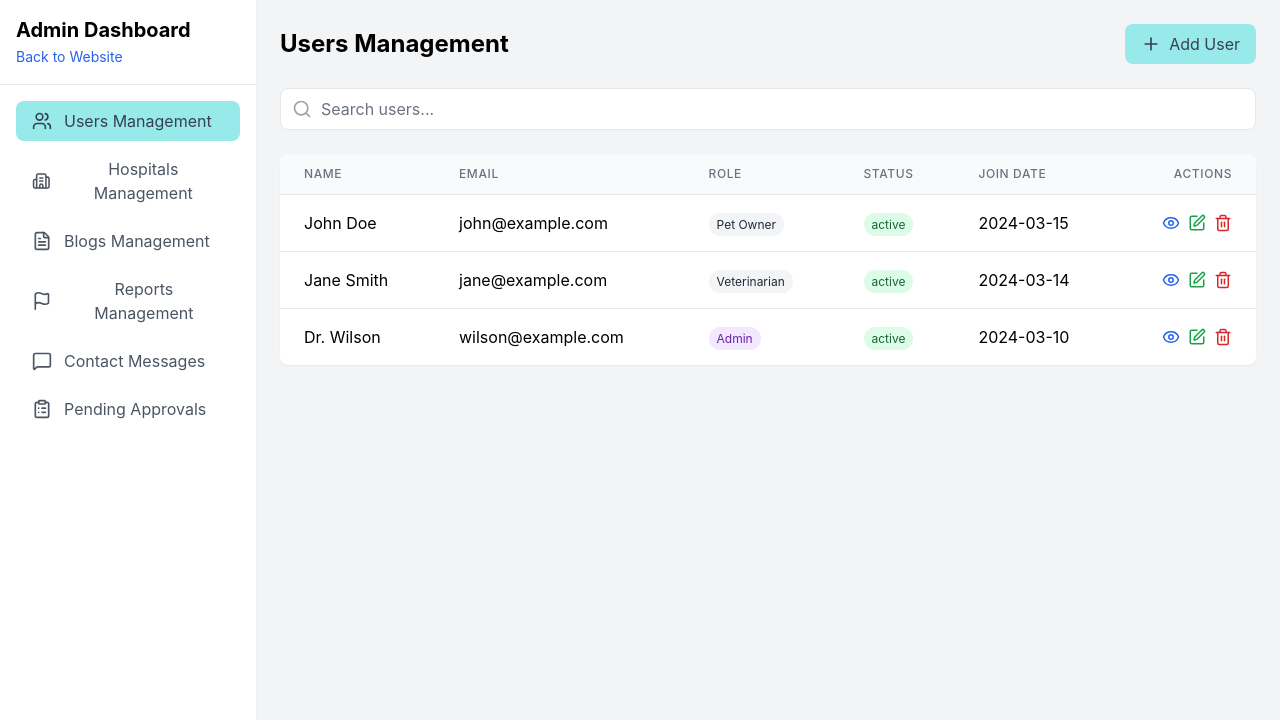
Repository: ZSayless/MyPetDoc
Page: /admin
These files come from the project's save history. The page is drawn as it stood at one moment and after the next save; the edit follows.
The browser window is 1280 px wide. The pictures show the whole page.
The project was rebuilt for these pictures with package versions that can differ from the ones it lists, and the page was loaded fresh each time. Also part of the build but not shown: vite.config.js, src/core/ButtonLink.js, src/components/register/SelectRoleModal.js, src/services/authService.js, src/components/register/Register.js, src/core/Overlay.js, src/components/login/Login.js, src/components/layout/Header.js and 40 more.

Above is the page before, as saved 2025-01-15 22:31:45.

### src/index.js
import React from "react";
import ReactDOM from "react-dom/client";
import "./index.css";
import App from "./App";
import { BrowserRouter } from "react-router-dom";
import { Provider } from "react-redux";
import { store } from "./redux/store";

const root = ReactDOM.createRoot(document.getElementById("root"));
root.render(
  <React.StrictMode>
    <BrowserRouter>
      <Provider store={store}>
        <App />
      </Provider>
    </BrowserRouter>
  </React.StrictMode>
);

### src/index.css
@tailwind base;
@tailwind components;
@tailwind utilities;

/* Custom styles for form inputs */
[type="text"],
[type="email"],
[type="password"] {
  @apply border-gray-300 focus:border-blue-500 focus:ring-blue-500 rounded-md shadow-sm;
}

body {
  margin: 0;
  font-family: -apple-system, BlinkMacSystemFont, "Segoe UI", "Roboto", "Oxygen",
    "Ubuntu", "Cantarell", "Fira Sans", "Droid Sans", "Helvetica Neue",
    sans-serif;
  -webkit-font-smoothing: antialiased;
  -moz-osx-font-smoothing: grayscale;
}

code {
  font-family: source-code-pro, Menlo, Monaco, Consolas, "Courier New",
    monospace;
}

### src/redux/store.js
import { configureStore } from "@reduxjs/toolkit";
import communityReducer from "./slices/communitySlice";
import adminReducer from "./slices/adminSlice";

export const store = configureStore({
  reducer: {
    community: communityReducer,
    admin: adminReducer,
  },
});

### src/assets/css/style.css
@tailwind base;
@tailwind components;
@tailwind utilities;

body {
  margin: 0px;
  padding: 0px;
}

html {
  font-family: "Helvetica Neue", Helvetica, Arial, sans-serif;
}

/* Footer Styles */
footer {
  background-color: #1a1a1a !important;
}

.footer-logo {
  height: 40px;
  width: auto;
}

footer .social-icons a {
  color: #fff;
  background: rgba(255, 255, 255, 0.1);
  width: 35px;
  height: 35px;
  display: inline-flex;
  align-items: center;
  justify-content: center;
  border-radius: 50%;
  transition: all 0.3s ease;
}

footer .social-icons a:hover {
  background: #6f42c1;
  transform: translateY(-3px);
}

footer .subscribe-form input {
  border: 1px solid rgba(255, 255, 255, 0.1);
  padding: 10px 15px;
}

footer .subscribe-form input:focus {
  box-shadow: none;
  border-color: #6f42c1;
}

footer .subscribe-form button {
  background: #6f42c1;
  border: none;
  padding: 10px 25px;
  width: 100%;
}

footer .subscribe-form button:hover {
  background: #5a32a3;
}

footer a.text-secondary:hover {
  color: #6f42c1 !important;
}

.hero-section {
  background-image: url("https://bizmap.dexignzone.com/react/demo/static/media/slide1.472de18a.jpg");
  background-size: cover;
  background-position: center;
  background-repeat: no-repeat;
}

.shadownHomeActive {
  color: #fff;
  box-shadow: 0 0 0 3px hsla(0, 0%, 100%, 0.2);
  background-color: rgb(147 51 234 / var(--tw-bg-opacity, 1));
}
.shadownHome:hover {
  border: none;
  box-shadow: 0 0 0 3px hsla(0, 0%, 100%, 0.2);
}
.btn__contact {
  background: hsla(0, 0%, 100%, 0.2);
  border: 1px solid hsla(0, 0%, 100%, 0.2);
}

.contact__card {
  border: 1px solid #e1e6eb;
  border-radius: 4px;
  box-shadow: 0 4px 6px 0 rgba(0, 0, 0, 0.05);
}
.contact__icon {
  box-shadow: 0 0 0 5px rgba(70, 17, 167, 0.1),
    0 0 0 10px rgba(70, 17, 167, 0.1);
}
.contact__form input {
  box-shadow: 0 4px 6px 0 rgba(0, 0, 0, 0.05);
}

.swiper-button-next::after,
.swiper-button-prev::after {
  display: none;
}

.swiper-button-disabled {
  opacity: 0.5;
  cursor: not-allowed;
}

.instagram__img:hover {
  opacity: 0.7;
  transition: all 0.5s;
  -webkit-transition: all 0.5s;
}
.border__category {
  border-bottom: 1px dashed #ecebf5;
}

### src/pages/admin/AdminDashboard.js
import { useState } from "react";
import AdminSidebar from "./AdminSidebar";
import UsersManagement from "./tabs/UsersManagement";
import HospitalsManagement from "./tabs/HospitalsManagement";
import BlogsManagement from "./tabs/BlogsManagement";
import ReportsManagement from "./tabs/ReportsManagement";
import ContactMessages from "./tabs/ContactMessages";
import PendingApprovals from "./tabs/PendingApprovals";

function AdminDashboard() {
  const [activeTab, setActiveTab] = useState("users");

  const renderTab = () => {
    switch (activeTab) {
      case "users":
        return <UsersManagement />;
      case "hospitals":
        return <HospitalsManagement />;
      case "blogs":
        return <BlogsManagement />;
      case "reports":
        return <ReportsManagement />;
      case "messages":
        return <ContactMessages />;
      case "pending":
        return <PendingApprovals />;
      default:
        return <UsersManagement />;
    }
  };

  return (
    <div className="flex h-screen bg-gray-100">
      <AdminSidebar activeTab={activeTab} setActiveTab={setActiveTab} />
      <main className="flex-1 overflow-auto">{renderTab()}</main>
    </div>
  );
}

export default AdminDashboard;

### src/context/AuthContext.js
import React, { createContext, useContext, useState } from "react";

const AuthContext = createContext();

export function AuthProvider({ children }) {
  const [isAuthenticated, setIsAuthenticated] = useState(() => {
    const saved = localStorage.getItem("isAuthenticated");
    return saved === "true";
  });
  const [user, setUser] = useState(() => {
    const saved = localStorage.getItem("user");
    return saved ? JSON.parse(saved) : null;
  });

  const login = (userData) => {
    setIsAuthenticated(true);
    setUser(userData);
    localStorage.setItem("isAuthenticated", "true");
    localStorage.setItem("user", JSON.stringify(userData));
  };

  const logout = () => {
    setIsAuthenticated(false);
    setUser(null);
    localStorage.removeItem("isAuthenticated");
    localStorage.removeItem("user");
  };

  return (
    <AuthContext.Provider value={{ isAuthenticated, user, login, logout }}>
      {children}
    </AuthContext.Provider>
  );
}

export function useAuth() {
  const context = useContext(AuthContext);
  if (!context) {
    throw new Error("useAuth must be used within an AuthProvider");
  }
  return context;
}

### src/redux/slices/communitySlice.js
import { createSlice, createAsyncThunk } from "@reduxjs/toolkit";
import { communityService } from "../../services/communityService";

// Async thunks
export const fetchPosts = createAsyncThunk(
  "community/fetchPosts",
  async ({ page, limit }) => {
    const response = await communityService.getPosts(page, limit);
    return response.data;
  }
);

export const createPost = createAsyncThunk(
  "community/createPost",
  async (postData) => {
    const response = await communityService.createPost(postData);
    return response.data;
  }
);

// ... thêm các thunks khác

const communitySlice = createSlice({
  name: "community",
  initialState: {
    posts: [],
    currentPost: null,
    loading: false,
    error: null,
    page: 1,
    hasMore: true,
  },
  reducers: {
    setCurrentPost: (state, action) => {
      state.currentPost = action.payload;
    },
    clearError: (state) => {
      state.error = null;
    },
  },
  extraReducers: (builder) => {
    builder
      .addCase(fetchPosts.pending, (state) => {
        state.loading = true;
      })
      .addCase(fetchPosts.fulfilled, (state, action) => {
        state.loading = false;
        state.posts = action.payload.data;
        state.hasMore = action.payload.hasMore;
      })
      .addCase(fetchPosts.rejected, (state, action) => {
        state.loading = false;
        state.error = action.error.message;
      });
    // ... thêm các cases khác
  },
});

export const { setCurrentPost, clearError } = communitySlice.actions;
export default communitySlice.reducer;

### src/redux/slices/adminSlice.js
import { createSlice } from "@reduxjs/toolkit";
import {
  mockUsers,
  mockHospitals,
  mockBlogs,
  mockReports,
  mockMessages,
  mockPendingApprovals,
} from "../../data/mockData";

const initialState = {
  users: mockUsers || [],
  hospitals: mockHospitals || [],
  blogs: mockBlogs || [],
  reports: mockReports || [],
  messages: mockMessages || [],
  pendingApprovals:
    [
      {
        id: 1,
        type: "hospital_registration",
        name: "Pet Care Center",
        email: "petcare@example.com",
        status: "pending",
        submittedAt: "2024-03-15",
        details: {
          address: "123 Main St",
          phone: "0123456789",
          services: ["Vaccination", "Surgery", "Grooming"],
          workingHours: {
            weekdays: "8:00 AM - 8:00 PM",
            weekends: "9:00 AM - 6:00 PM",
          },
          images: ["url1", "url2", "url3"],
        },
      },
      // ... other pending approvals
    ] || [],
  loading: false,
  error: null,
};

const adminSlice = createSlice({
  name: "admin",
  initialState,
  reducers: {
    // Users
    addUser: (state, action) => {
      state.users.push(action.payload);
    },
    deleteUser: (state, action) => {
      state.users = state.users.filter((user) => user.id !== action.payload);
    },
    updateUserStatus: (state, action) => {
      const user = state.users.find((u) => u.id === action.payload.userId);
      if (user) {
        user.status = action.payload.status;
      }
    },

    // Hospitals
    approveHospital: (state, action) => {
      const hospital = state.hospitals.find((h) => h.id === action.payload);
      if (hospital) {
        hospital.status = "approved";
      }
    },
    rejectHospital: (state, action) => {
      const hospital = state.hospitals.find((h) => h.id === action.payload);
      if (hospital) {
        hospital.status = "rejected";
      }
    },
    deleteHospital: (state, action) => {
      state.hospitals = state.hospitals.filter((h) => h.id !== action.payload);
    },

    // Blogs
    deleteBlog: (state, action) => {
      state.blogs = state.blogs.filter((blog) => blog.id !== action.payload);
    },
    updateBlogStatus: (state, action) => {
      const blog = state.blogs.find((b) => b.id === action.payload.blogId);
      if (blog) {
        blog.status = action.payload.status;
      }
    },

    // Reports
    resolveReport: (state, action) => {
      const report = state.reports.find((r) => r.id === action.payload);
      if (report) {
        report.status = "resolved";
      }
    },
    dismissReport: (state, action) => {
      const report = state.reports.find((r) => r.id === action.payload);
      if (report) {
        report.status = "dismissed";
      }
    },

    // Messages
    deleteMessage: (state, action) => {
      state.messages = state.messages.filter((m) => m.id !== action.payload);
    },
    markMessageAsRead: (state, action) => {
      const message = state.messages.find((m) => m.id === action.payload);
      if (message) {
        message.status = "read";
      }
    },

    // Pending Approvals
    approvePending: (state, action) => {
      const item = state.pendingApprovals.find((i) => i.id === action.payload);
      if (item) {
        item.status = "approved";
      }
    },
    rejectPending: (state, action) => {
      const item = state.pendingApprovals.find((i) => i.id === action.payload);
      if (item) {
        item.status = "rejected";
      }
    },
    deletePending: (state, action) => {
      state.pendingApprovals = state.pendingApprovals.filter(
        (item) => item.id !== action.payload
      );
    },
  },
});

export const {
  addUser,
  deleteUser,
  updateUserStatus,
  approveHospital,
  rejectHospital,
  deleteHospital,
  deleteBlog,
  updateBlogStatus,
  resolveReport,
  dismissReport,
  deleteMessage,
  markMessageAsRead,
  approvePending,
  rejectPending,
  deletePending,
} = adminSlice.actions;

export default adminSlice.reducer;

### src/pages/admin/AdminSidebar.js
import { Link } from "react-router-dom";
import {
  Users,
  Building2,
  FileText,
  Flag,
  MessageSquare,
  ClipboardList,
} from "lucide-react";

function AdminSidebar({ activeTab, setActiveTab }) {
  const tabs = [
    { id: "users", name: "Users Management", icon: Users },
    { id: "hospitals", name: "Hospitals Management", icon: Building2 },
    { id: "blogs", name: "Blogs Management", icon: FileText },
    { id: "reports", name: "Reports Management", icon: Flag },
    { id: "messages", name: "Contact Messages", icon: MessageSquare },
    { id: "pending", name: "Pending Approvals", icon: ClipboardList },
  ];

  return (
    <div className="w-64 bg-white shadow-sm">
      {/* Header */}
      <div className="p-4 border-b">
        <h1 className="text-xl font-bold">Admin Dashboard</h1>
        <Link to="/" className="text-sm text-blue-600 hover:text-blue-800">
          Back to Website
        </Link>
      </div>

      {/* Navigation */}
      <nav className="p-4">
        <ul className="space-y-2">
          {tabs.map((tab) => {
            const Icon = tab.icon;
            return (
              <li key={tab.id}>
                <button
                  onClick={() => setActiveTab(tab.id)}
                  className={`w-full flex items-center gap-3 px-4 py-2 rounded-lg transition-colors ${
                    activeTab === tab.id
                      ? "bg-[#98E9E9] text-gray-700"
                      : "text-gray-600 hover:bg-gray-50"
                  }`}
                >
                  <Icon size={20} />
                  <span>{tab.name}</span>
                </button>
              </li>
            );
          })}
        </ul>
      </nav>
    </div>
  );
}

export default AdminSidebar;

### src/services/communityService.js
import axios from "axios";

const BASE_URL = process.env.REACT_APP_API_URL;

export const communityService = {
  // Posts
  getPosts: (page = 1, limit = 10) =>
    axios.get(`${BASE_URL}/posts?page=${page}&limit=${limit}`),

  getPostById: (postId) => axios.get(`${BASE_URL}/posts/${postId}`),

  createPost: (data) => axios.post(`${BASE_URL}/posts`, data),

  updatePost: (postId, data) => axios.put(`${BASE_URL}/posts/${postId}`, data),

  deletePost: (postId) => axios.delete(`${BASE_URL}/posts/${postId}`),

  // Comments
  getComments: (postId) => axios.get(`${BASE_URL}/posts/${postId}/comments`),

  addComment: (postId, data) =>
    axios.post(`${BASE_URL}/posts/${postId}/comments`, data),

  deleteComment: (commentId) =>
    axios.delete(`${BASE_URL}/comments/${commentId}`),

  // Likes
  likePost: (postId) => axios.post(`${BASE_URL}/posts/${postId}/like`),

  unlikePost: (postId) => axios.delete(`${BASE_URL}/posts/${postId}/like`),

  // Reports
  reportPost: (postId, reason) =>
    axios.post(`${BASE_URL}/posts/${postId}/report`, { reason }),
};

### src/data/mockData.js
export const mockUsers = [
  {
    id: 1,
    name: "John Doe",
    email: "john@example.com",
    role: "Pet Owner",
    status: "active",
    joinDate: "2024-03-15",
  },
  {
    id: 2,
    name: "Jane Smith",
    email: "jane@example.com",
    role: "Veterinarian",
    status: "active",
    joinDate: "2024-03-14",
  },
  {
    id: 3,
    name: "Dr. Wilson",
    email: "wilson@example.com",
    role: "Admin",
    status: "active",
    joinDate: "2024-03-10",
  },
];

export const mockHospitals = [
  {
    id: 1,
    name: "Pet Care Center",
    address: "123 Main St",
    phone: "0123456789",
    email: "petcare@example.com",
    status: "pending",
    rating: 4.5,
    joinDate: "2024-03-15",
  },
  {
    id: 2,
    name: "Animal Hospital",
    address: "456 Oak St",
    phone: "0987654321",
    email: "animalhospital@example.com",
    status: "approved",
    rating: 4.8,
    joinDate: "2024-03-10",
  },
];

export const mockBlogs = [
  {
    id: 1,
    title: "Essential Pet Vaccinations Guide",
    author: "Dr. John Smith",
    category: "Pet Health",
    content: "Detailed guide about pet vaccinations...",
    status: "published",
    views: 1234,
    publishDate: "2024-03-15",
  },
  {
    id: 2,
    title: "Common Pet Behavior Issues",
    author: "Dr. Sarah Johnson",
    category: "Pet Behavior",
    content: "Understanding pet behavior problems...",
    status: "draft",
    views: 0,
    publishDate: "-",
  },
];

export const mockReports = [
  {
    id: 1,
    type: "comment",
    content: "Inappropriate comment on blog post",
    reportedItem: "Comment on 'Pet Nutrition Guide'",
    reportedBy: "John Doe",
    reportedAt: "2024-03-15",
    status: "pending",
  },
  {
    id: 2,
    type: "review",
    content: "False review information",
    reportedItem: "Review for PetCare Hospital",
    reportedBy: "Jane Smith",
    reportedAt: "2024-03-14",
    status: "resolved",
  },
];

export const mockMessages = [
  {
    id: 1,
    name: "John Doe",
    email: "john@example.com",
    subject: "Question about services",
    message: "I have a question about your pet vaccination services...",
    status: "unread",
    createdAt: "2024-03-15",
  },
  {
    id: 2,
    name: "Jane Smith",
    email: "jane@example.com",
    subject: "Feedback",
    message: "I wanted to share my experience...",
    status: "read",
    createdAt: "2024-03-14",
  },
];

export const mockPendingApprovals = [
  {
    id: 1,
    type: "hospital",
    name: "Pet Care Center",
    email: "petcare@example.com",
    status: "pending",
    submittedAt: "2024-03-15",
    details: {
      address: "123 Main St",
      phone: "0123456789",
      license: "LICENSE123",
      services: ["Vaccination", "Surgery", "Grooming"],
    },
  },
  {
    id: 2,
    type: "veterinarian",
    name: "Dr. Sarah Wilson",
    email: "sarah.wilson@example.com",
    status: "pending",
    submittedAt: "2024-03-14",
    details: {
      license: "VET456",
      specialization: "Small Animals",
      experience: "5 years",
      certifications: ["ACVS", "ACVIM"],
    },
  },
];

### tailwind.config.js
/** @type {import('tailwindcss').Config} */
module.exports = {
  content: ["./src/**/*.{js,jsx,ts,tsx}"],
  theme: {
    extend: {},
  },
  plugins: [require("@tailwindcss/forms"), require("@tailwindcss/typography")],
};

Loaded but not shown: public/index.html (common file); src/components/common/ScrollToTop.js (common file); src/pages/admin/tabs/UsersManagement.js (359 lines, source omitted); src/App.js (239 lines, source omitted); src/components/blog/BlogDetail.js (empty); src/components/community/CommunityList.js (empty)

After the next save:
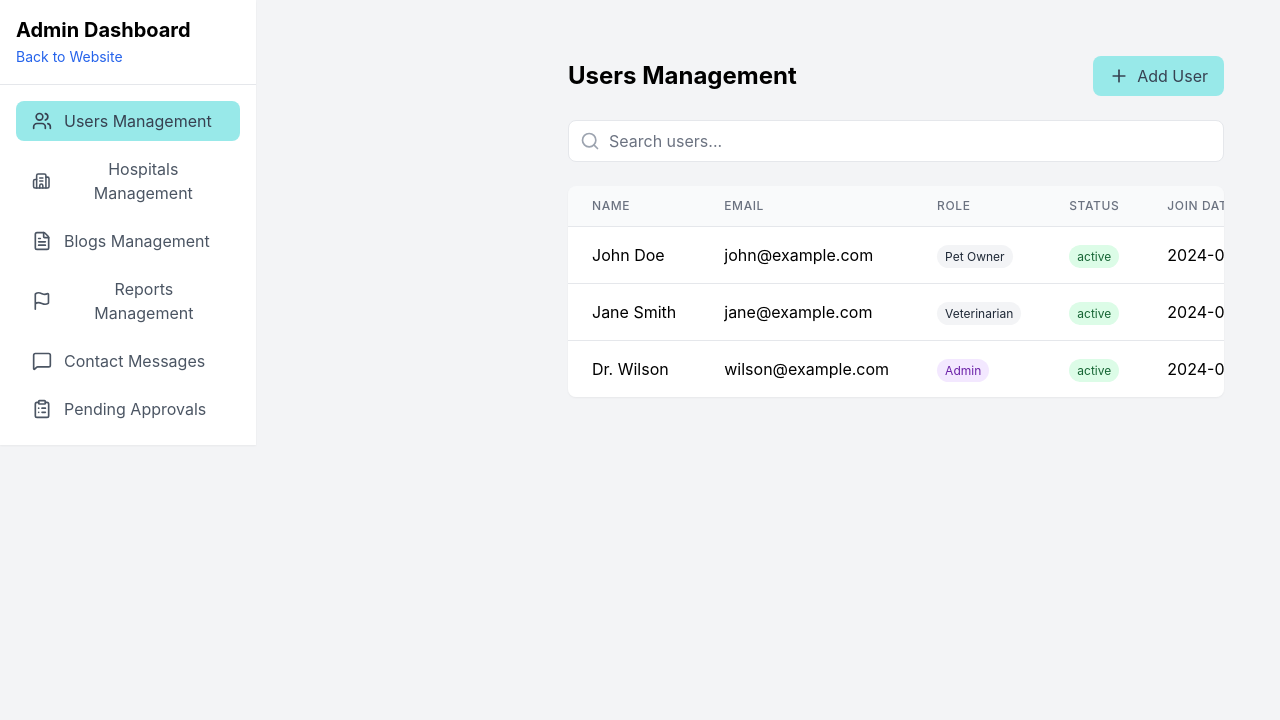
Saved 70 s later.
--- a/src/pages/admin/AdminDashboard.js
+++ b/src/pages/admin/AdminDashboard.js
@@ -6,9 +6,11 @@ import BlogsManagement from "./tabs/BlogsManagement";
 import ReportsManagement from "./tabs/ReportsManagement";
 import ContactMessages from "./tabs/ContactMessages";
 import PendingApprovals from "./tabs/PendingApprovals";
+import { Menu } from "lucide-react";
 
 function AdminDashboard() {
   const [activeTab, setActiveTab] = useState("users");
+  const [isSidebarOpen, setIsSidebarOpen] = useState(false);
 
   const renderTab = () => {
     switch (activeTab) {
@@ -31,8 +33,41 @@ function AdminDashboard() {
 
   return (
     <div className="flex h-screen bg-gray-100">
-      <AdminSidebar activeTab={activeTab} setActiveTab={setActiveTab} />
-      <main className="flex-1 overflow-auto">{renderTab()}</main>
+      {/* Mobile Sidebar Toggle */}
+      <button
+        className="lg:hidden fixed top-4 left-4 z-50 p-2 bg-white rounded-lg shadow-md"
+        onClick={() => setIsSidebarOpen(!isSidebarOpen)}
+      >
+        <Menu size={24} />
+      </button>
+
+      {/* Overlay for mobile */}
+      {isSidebarOpen && (
+        <div
+          className="lg:hidden fixed inset-0 bg-black/50 z-40"
+          onClick={() => setIsSidebarOpen(false)}
+        />
+      )}
+
+      {/* Sidebar */}
+      <div
+        className={`fixed lg:static inset-y-0 left-0 z-50 transform ${
+          isSidebarOpen ? "translate-x-0" : "-translate-x-full"
+        } lg:translate-x-0 transition-transform duration-300 ease-in-out`}
+      >
+        <AdminSidebar
+          activeTab={activeTab}
+          setActiveTab={(tab) => {
+            setActiveTab(tab);
+            setIsSidebarOpen(false);
+          }}
+        />
+      </div>
+
+      {/* Main Content */}
+      <main className="flex-1 overflow-auto p-4 lg:p-8 ml-0 lg:ml-64">
+        {renderTab()}
+      </main>
     </div>
   );
 }
